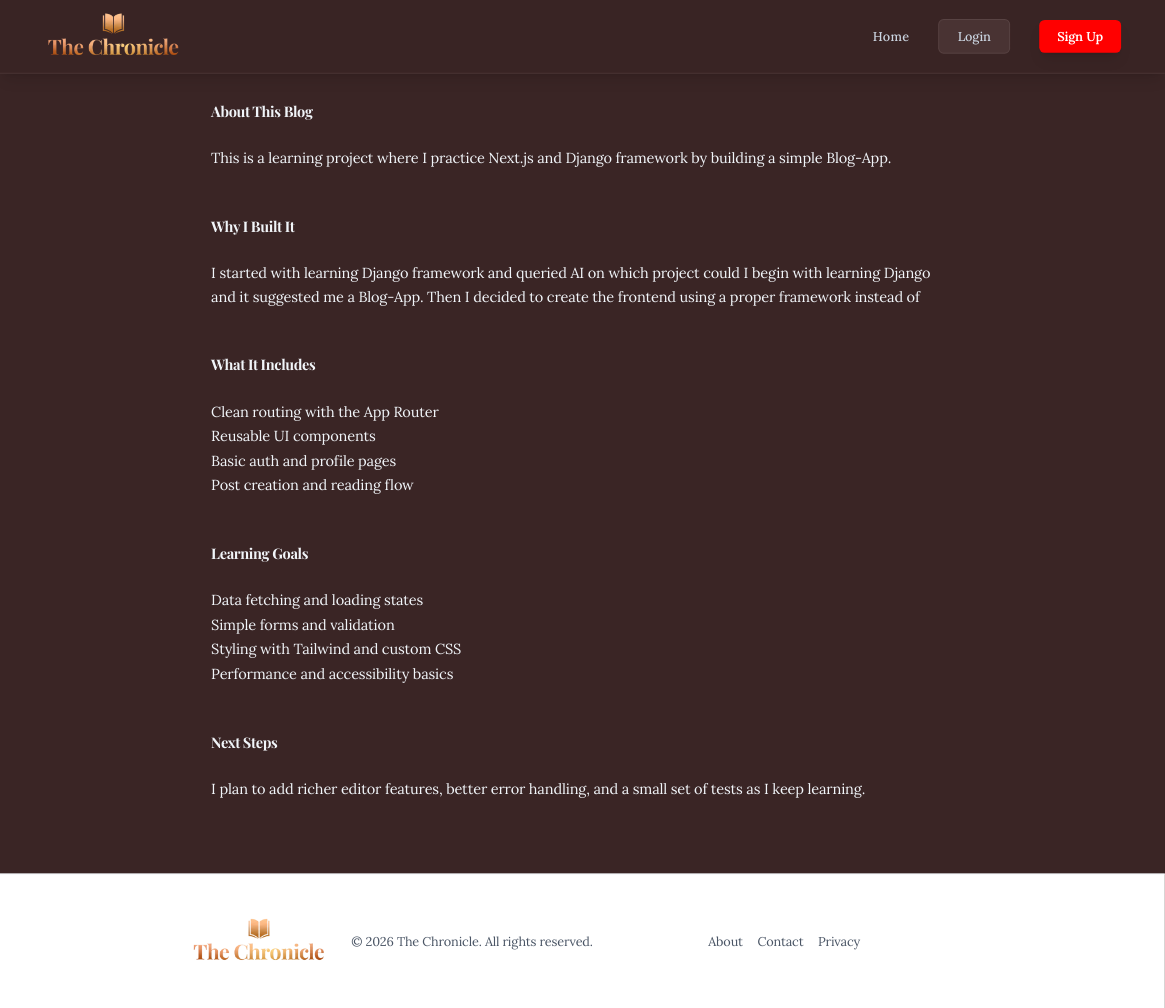
Repository: swaruplamsal/BasicBlogApp
Page: /about (app in blog-frontend/)
These files come from the project's save history. The page is drawn as it stood at one moment and after the next save; the edit follows.
The browser window is 1280 px wide. The pictures show the whole page, at 91% of full size.
The page's requests for data from a server got no answer. The project was rebuilt for these pictures with package versions that can differ from the ones it lists, and the page was loaded fresh each time. The framework's server and built-in components were replaced by stand-ins that run in the browser. No one was signed in, and anything a server would have sent is missing. Also part of the build but not shown: blog-frontend/next.config.mjs, blog-frontend/app/components/Avatar.js.

Above is the page before, as saved 2026-02-07 20:54:42.

After the next save:
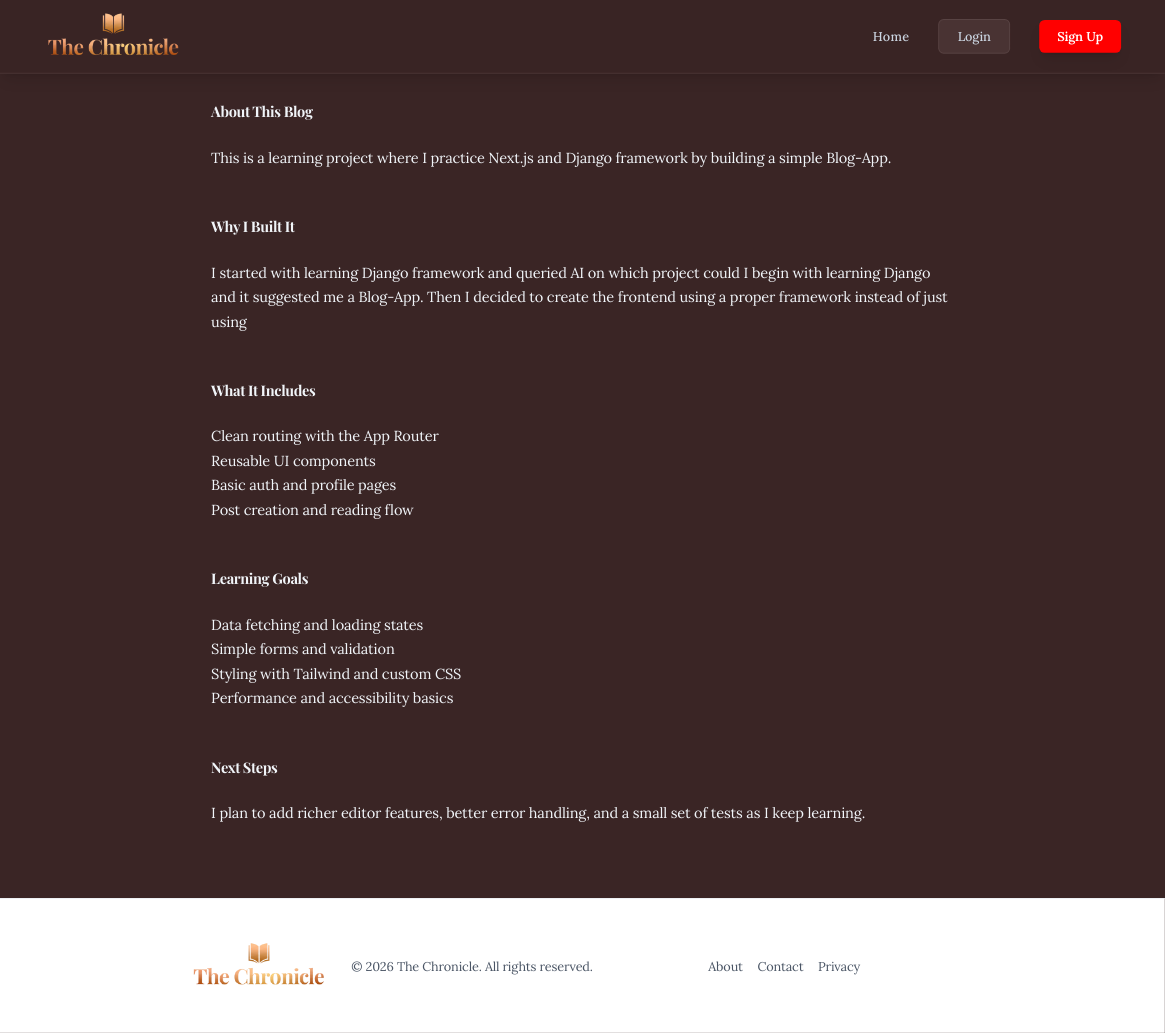
Saved 4 s later.
--- a/blog-frontend/app/about/page.js
+++ b/blog-frontend/app/about/page.js
@@ -25,7 +25,7 @@ export default function About() {
             I started with learning Django framework and queried AI on which
             project could I begin with learning Django and it suggested me a
             Blog-App. Then I decided to create the frontend using a proper
-            framework instead of
+            framework instead of just using
           </p>
         </section>
         <br />
